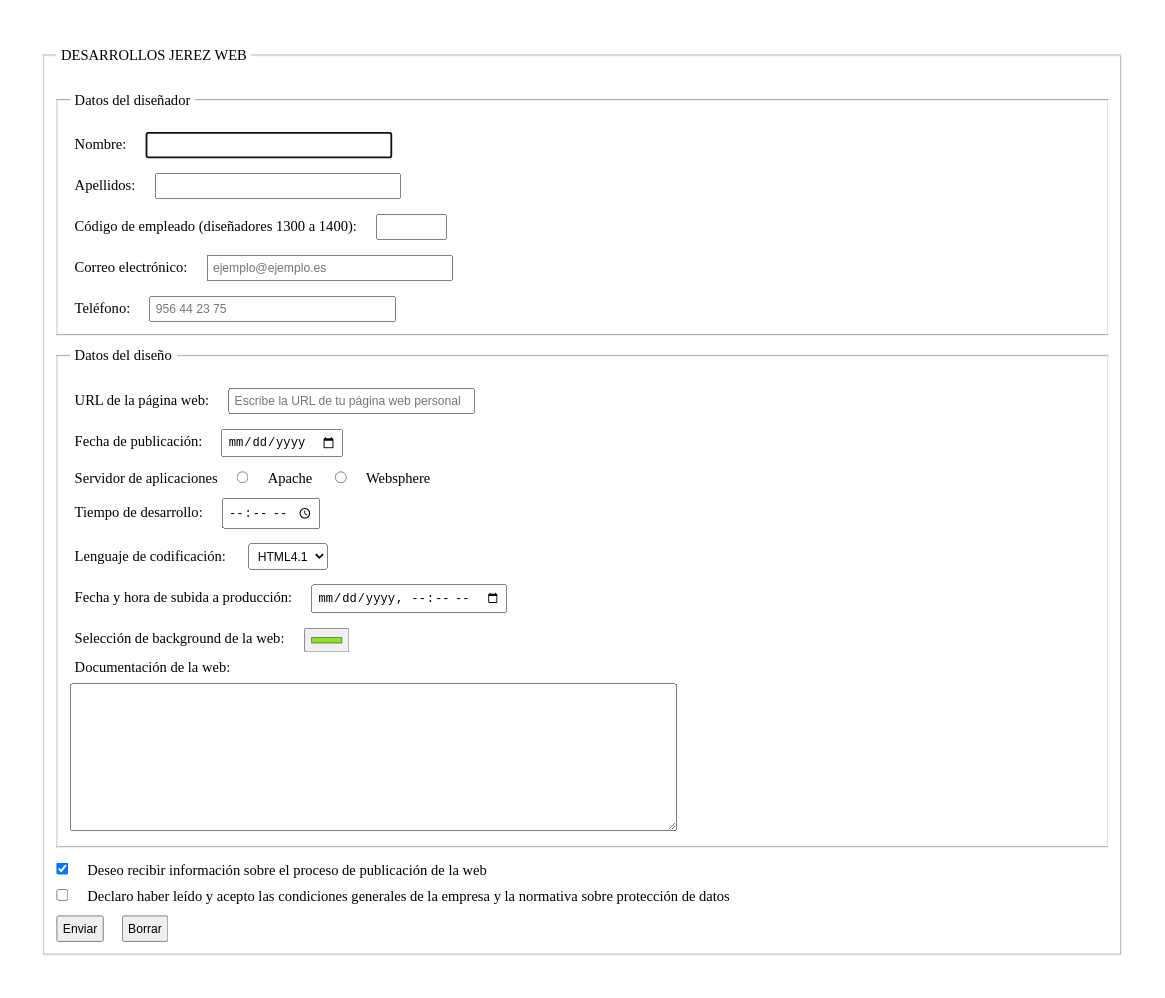
Repository: iSaan86/EV_Practica_FormularioCSS
Page: index.html
The author's editor kept a copy of each file at every save. The page is drawn from the files as they stood at one save, then again after the next save.
The browser window is 1280 px wide. The pictures show the whole page, at 91% of full size.

Above is the page before, as saved 2024-01-11 17:31:51.

### index.html
<!DOCTYPE html>
<html lang="es-ES">

<head>
    <meta charset="UTF-8">
    <meta name="viewport" content="width=device-width, initial-scale=1.0">
    <meta name="keywords" content="formulario, html, css, practica">
    <meta name="description" content="Formularios">
    <meta name="author" content="Alexandra Ferrera Arenas">
    <link rel="icon" type="image/x-icon" href="img/logo-giro.png">
    <link rel="stylesheet" href="css/estilo.css">
    <title> Desarrollos JEREZ WEB </title>
</head>

<body>
    <!-- ABRO FORMULARIO -->
    <form method="get" action="" name="formulario1" id="formulario1">
        <!--AGRUPACION GENERAL-->
        <fieldset>
            <legend class="datos">DESARROLLOS JEREZ WEB</legend>
            <fieldset><legend class="datos2">Datos del diseñador</legend>
                <label for="nombre">Nombre:</label><input type="text" id="nombre" name="nombre" alt="indique su nombre" size="30%" autofocus required maxlength="50"><br>
                <label for="apellidos">Apellidos:</label><input type="text" id="apellidos" name="apellidos" alt="indique sus apellidos" size="30%" required maxlength="50"><br>
                <label for="codigo">Código de empleado (diseñadores 1300 a 1400):</label><input type="number" id="codigo" name="codigo" alt="indique su código de empleado" required min="1300" max="1400"><br>
                <label for="email">Correo electrónico:</label><input type="email" id="email" name="email" alt="indique su email" size="30%" placeholder="ejemplo@ejemplo.es" required><br>
                <label for="telefono">Teléfono:</label><input type="tel" id="telefono"  name="telefono" alt="indique su telefono" size="30%" placeholder="956 44 23 75"><br>
            </fieldset>
            <fieldset><legend class="datos2">Datos del diseño</legend>
                <label for="url">URL de la página web:</label><input type="url" id="url" name="url" alt="indique la URL de tu pagina web personal" size="30%" placeholder="Escribe la URL de tu página web personal"><br>
                <label for="fecha">Fecha de publicación:</label><input type="date" name="fecha" id="fecha"><br>
                <label for="servidor">Servidor de aplicaciones</label><input type="radio" id="apache" name="servidor" alt="verificar apache" value="Apache"><label for="hombre">Apache</label>
                <input type="radio" id="websphere" name="servidor" alt="verificar websphere" value="Websphere"><label for="mujer">Websphere</label><br>
                <label for="tiempo">Tiempo de desarrollo:</label><input type="time" name="tiempo" id="tiempo"><br>
                <label for="lenguaje">Lenguaje de codificación:</label>
                <select id="lenguaje" name="lenguaje" alt="Elija lenguaje de codificación"><br>
                    <option value="html4.1">HTML4.1</option>
                    <option value="xhtml">XHTML</option>
                    <option value="html5">HTML5</option>
                </select><br>
                <label for="fechayhora">Fecha y hora de subida a producción:</label><input type="datetime-local" name="fechayhora" size="30%"><br>
                <label for="fondo">Selección de background de la web:</label><input type="color" name="fondo" size="30%" value="#8ee41b"><br>
                <label for="areatexto">Documentación de la web:</label><br>
                <textarea name="areatexto" cols="80" rows="10"></textarea>
            </fieldset>
            <input type="checkbox" name="acepto1" id="acepto1" alt="Check acepto recibir información" checked><label for="acepto1">Deseo recibir información sobre el proceso de publicación de la web</label><br>
            <input type="checkbox" name="acepto2" id="acepto2" alt="Check acepto condiciones"><label for="acepto1">Declaro haber leído y acepto las condiciones generales de la empresa y la normativa sobre protección de datos</label><br>
            <input type="submit" value="Enviar" alt="enviar formulario">
            <input type="reset" value="Borrar" alt="Borrar formulario">




        </fieldset>
    </form>




</body>





</html>

### css/estilo.css
@charset "UTF-8";

/* Para todo el html */
*{
    padding: 5px;
    margin:8px;
}

After the next save:
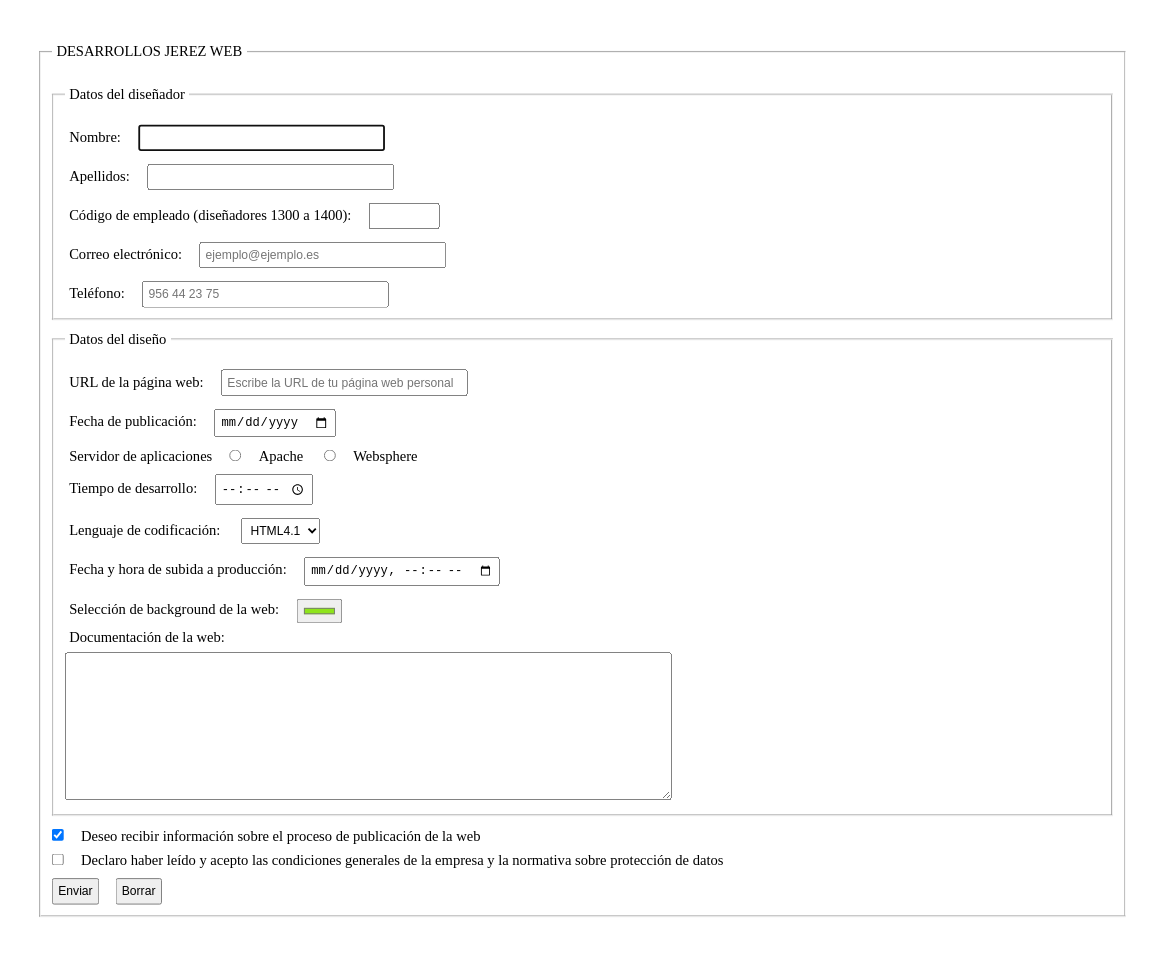
Saved 10 s later.
--- a/css/estilo.css
+++ b/css/estilo.css
@@ -3,5 +3,5 @@
 /* Para todo el html */
 *{
     padding: 5px;
-    margin:8px;
+    margin:7px;
 }
